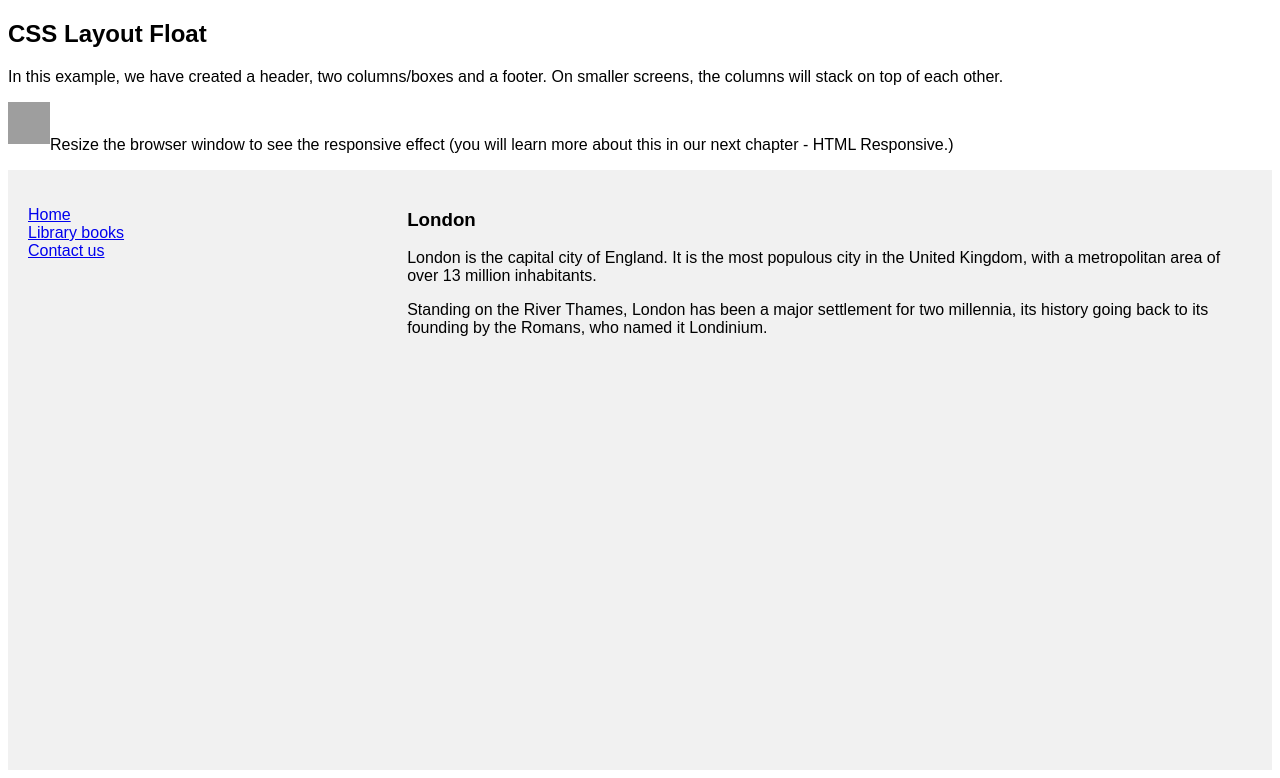
Repository: sandunigayanjali/Library_System
Page: http://localhost/library_management/bookProfille.jsp
The author's editor kept a copy of each file at every save. The page is drawn from the files as they stood at one save, then again after the next save.
The browser window is 1280 px wide. The pictures show the whole page.
Pictures or frames that could not be fetched are drawn as grey boxes. The page is served by Tomcat 9.

Above is the page before, as saved 2018-11-24 11:44:41.

After the next save:
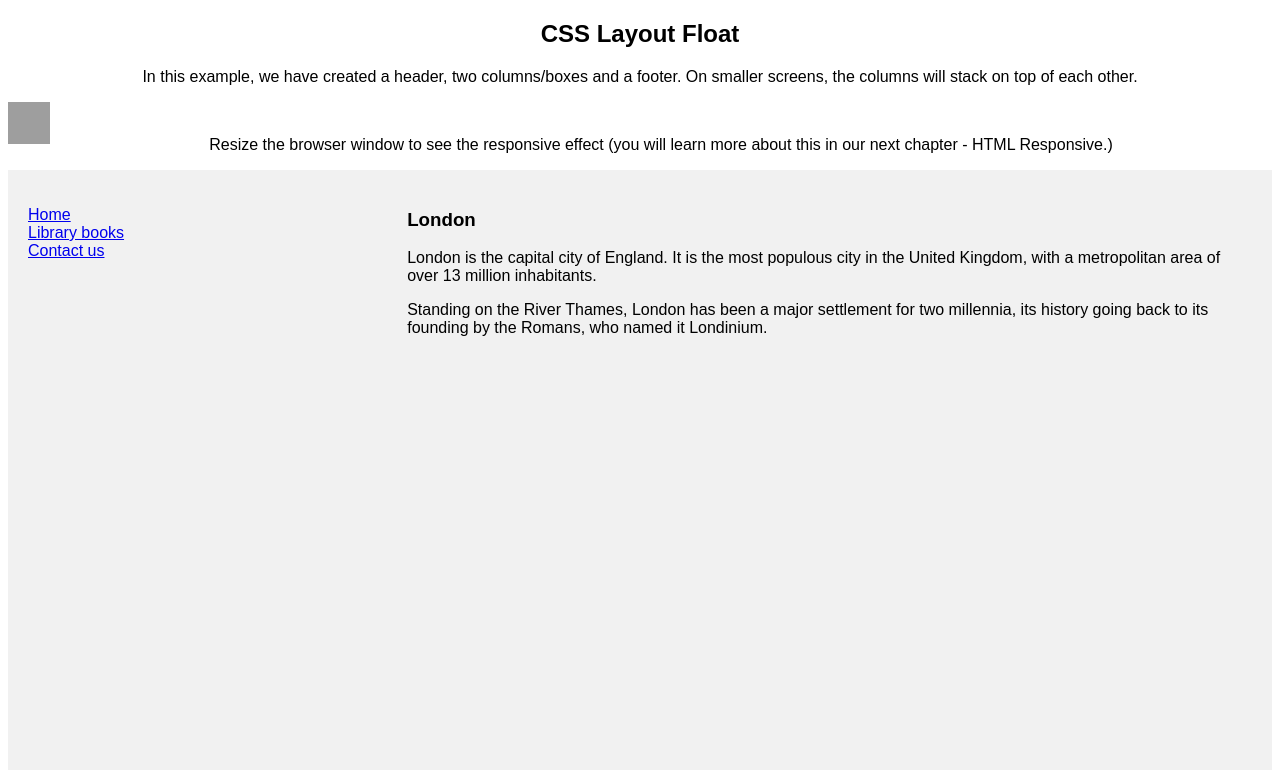
Saved 52 s later.
--- a/library management/WebContent/bookProfille.jsp
+++ b/library management/WebContent/bookProfille.jsp
@@ -70,12 +70,12 @@ section:after {
 
 </head>
 <body>
-
+<center>
 <h2>CSS Layout Float</h2>
 <p>In this example, we have created a header, two columns/boxes and a footer. On smaller screens, the columns will stack on top of each other.</p>
- <center><img src="E:\desktop\level 2 semester 2\PROJECT\th.jpg" alt="HTML tutorial" style="float:left;width:42px;height:42px;border:0;"> </center>
+<img src="E:\desktop\level 2 semester 2\PROJECT\th.jpg" alt="HTML tutorial" style="float:left;width:42px;height:42px;border:0;">
 <br>
-<p>Resize the browser window to see the responsive effect (you will learn more about this in our next chapter - HTML Responsive.)</p>
+<p>Resize the browser window to see the responsive effect (you will learn more about this in our next chapter - HTML Responsive.)</p></center>
 
 
 
